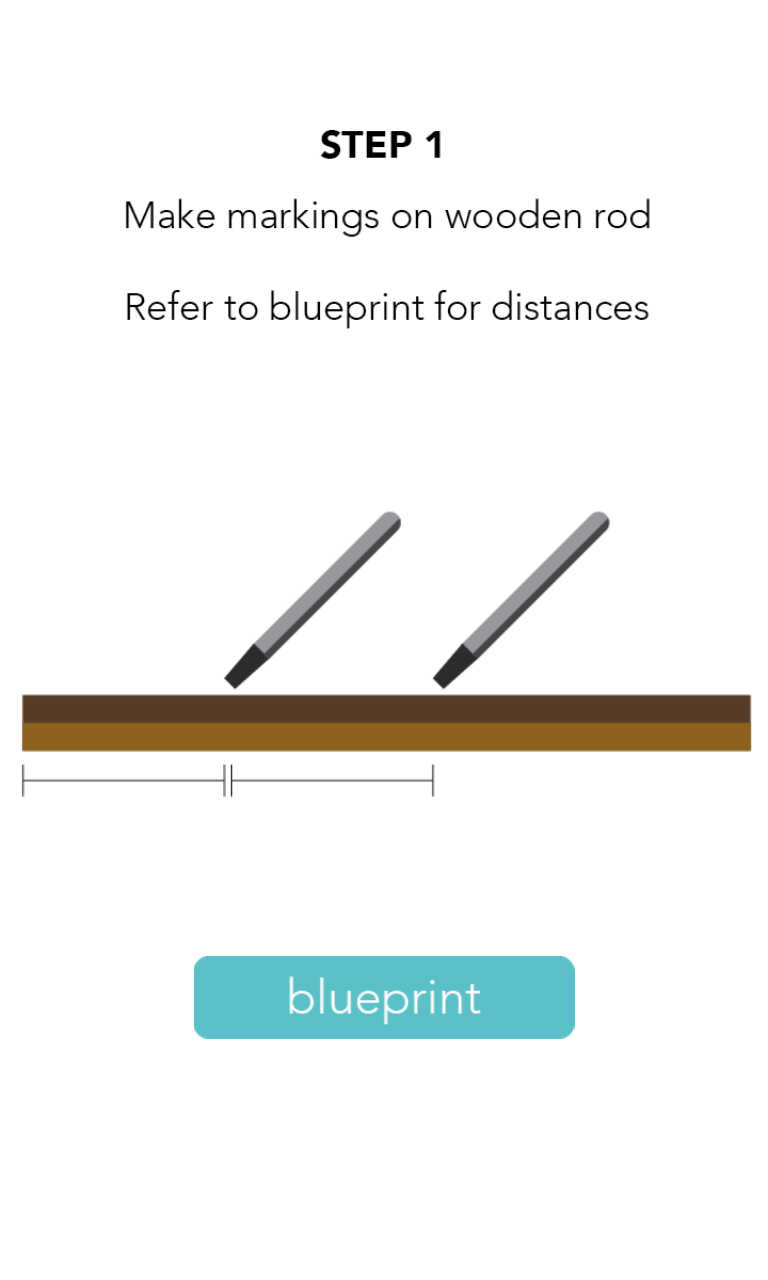
Repository: sbobhate/Android-Applications
Layout: EWBProject/res/layout/fragment_page2.xml
An editor plug-in stored every save of this project. The layout is shown before and after the next save, followed by the edit.
It is drawn on a 768 x 1280 px phone screen (xhdpi) without system bars, with theme AppTheme; the app's code is not run.

Above is the layout before, as saved 2014-02-22 02:14:00.

After the next save:
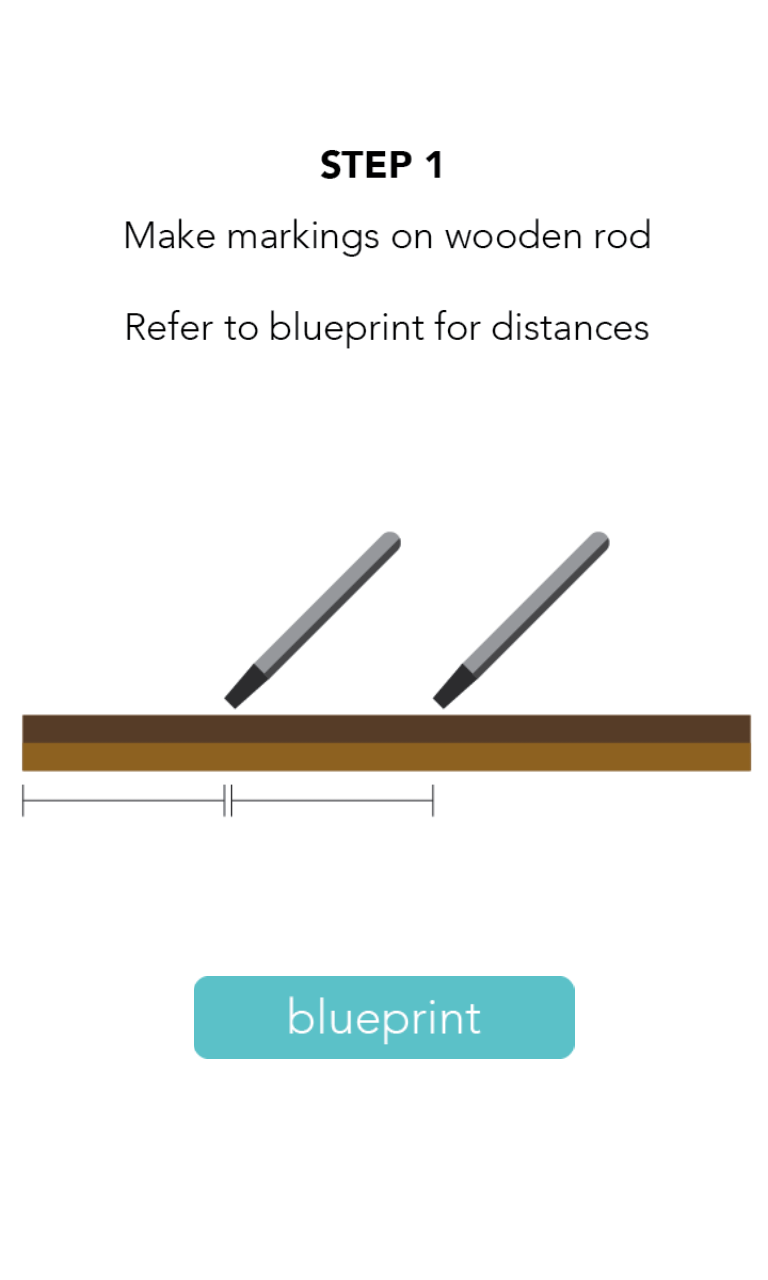
Saved 49 s later.
--- a/EWBProject/res/layout/fragment_page2.xml
+++ b/EWBProject/res/layout/fragment_page2.xml
@@ -9,7 +9,7 @@
         android:contentDescription="@string/step1_tutorial"
         android:layout_width="fill_parent"
         android:layout_height="wrap_content"
-        android:layout_marginTop="30dp"
+        android:layout_marginTop="40dp"
         />
 
     <ImageView
